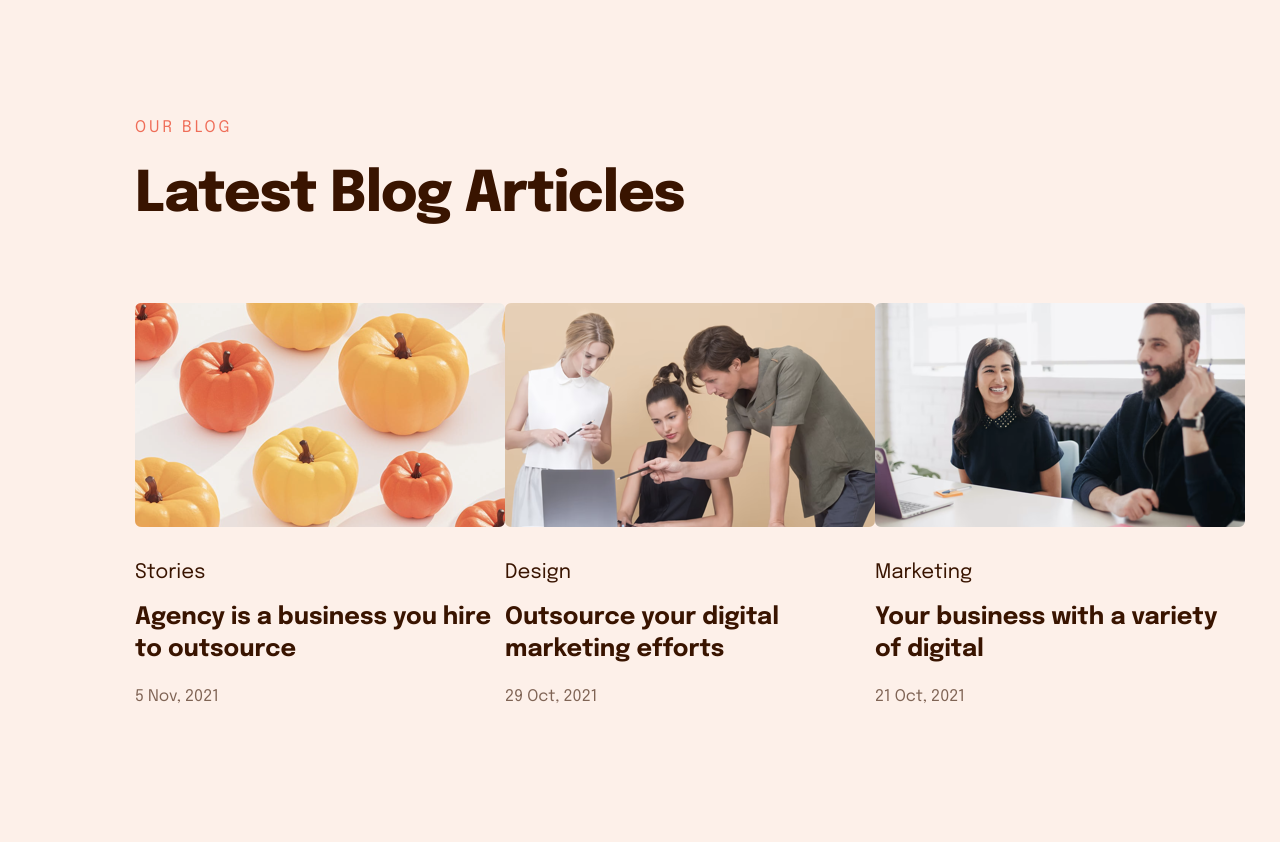
Repository: qafqazly123/websayt-1
Page: blogPage/index.html
The author's editor kept a copy of each file at every save. The page is drawn from the files as they stood at one save, then again after the next save.
The browser window is 1280 px wide. The pictures show the whole page.

Above is the page before, as saved 2023-12-19 15:16:01.

After the next save:
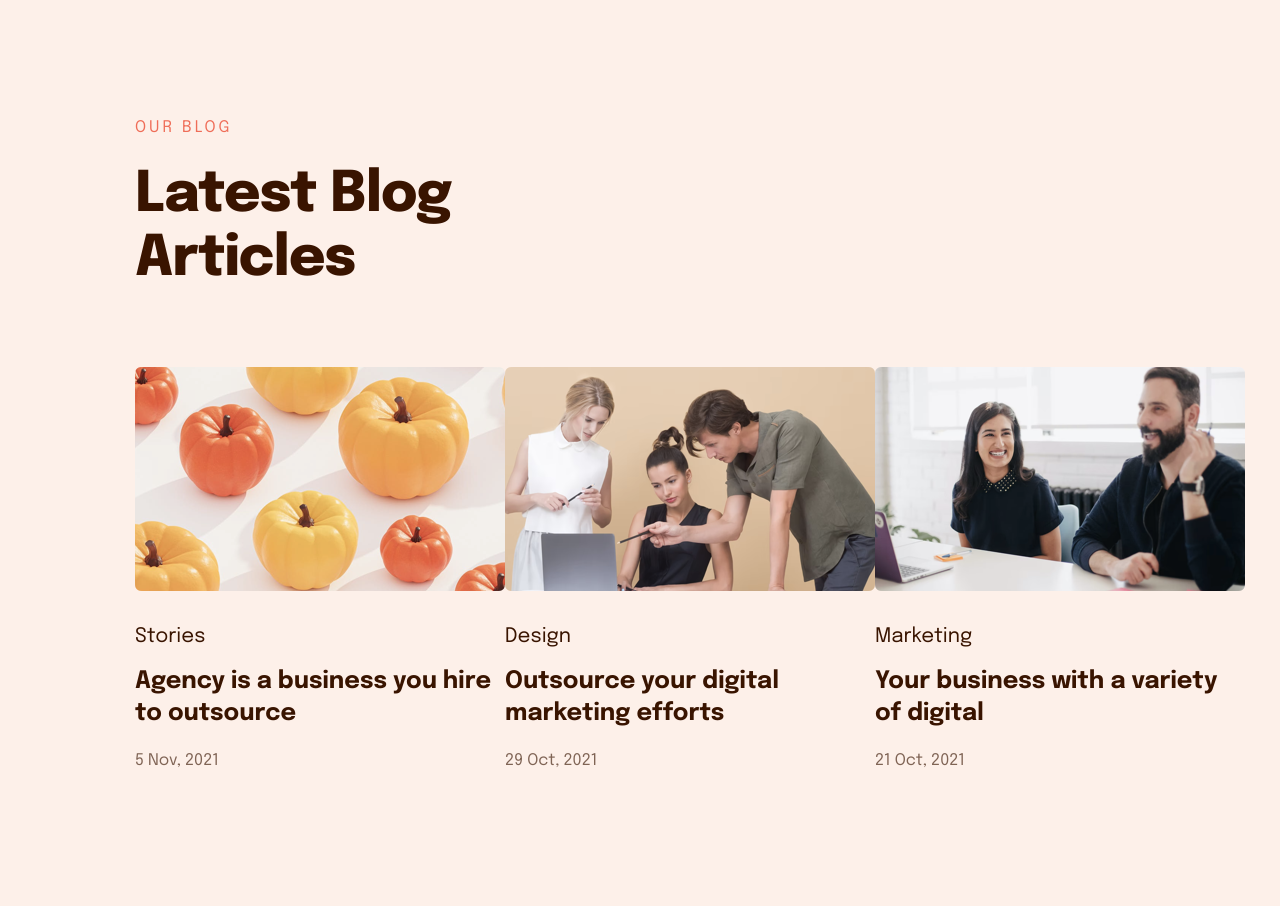
Saved 119 s later.
--- a/blogPage/index.html
+++ b/blogPage/index.html
@@ -10,7 +10,7 @@
     <div class="container">
         <div class="text">
             <h4>Our Blog</h4>
-            <h1>Latest Blog
+            <h1>Latest Blog <br>
                 Articles</h1>
                 <div class="img-container">
                     <ul>
